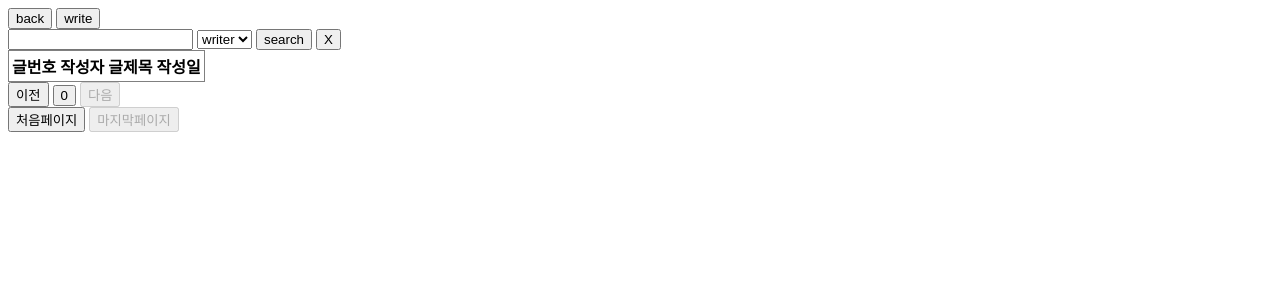
Repository: phoresis92/KITRI-spring
Page: http://localhost/springWeb/WEB-INF/views/board/list.jsp
These files come from the project's save history. The page is drawn as it stood at one moment and after the next save; the edit follows.
The browser window is 1280 px wide. The pictures show the whole page.
The page is served by Tomcat 9. Nobody is signed in. The template is opened directly, without the code that normally fills it, so the values that code supplies are empty.

Above is the page before, as saved 2019-01-28 06:01:29.

After the next save:
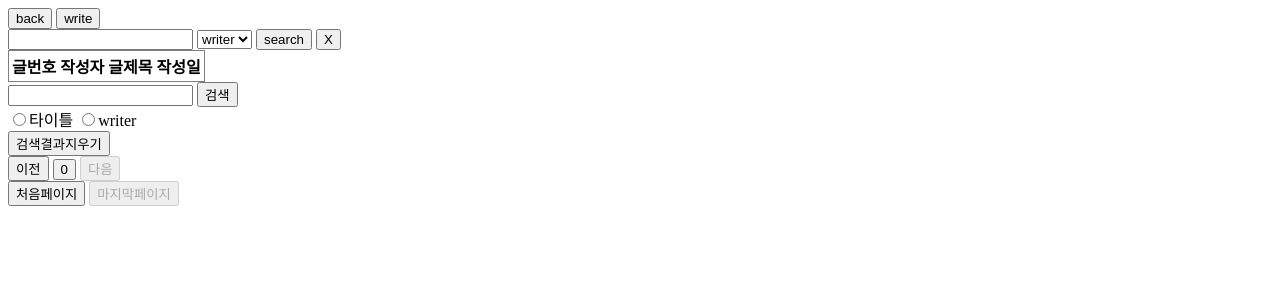
Saved 61 s later.
--- a/springWeb/src/main/webapp/WEB-INF/views/board/list.jsp
+++ b/springWeb/src/main/webapp/WEB-INF/views/board/list.jsp
@@ -85,9 +85,6 @@
     console.log("Cursor at: " + cursorX + ", " + cursorY);
 } */
 
-function close(){
-	$(this).css('display',"none");
-}
 
 $(document).ready(function(){
 
@@ -240,14 +237,14 @@
 </table>
 
 
-<!-- <input type="text" id="word">
+<input type="text" id="word">
 <input type="button" id="search" value="검색">
 <form>
 <input type="radio" name="ra" value="2">타이틀
 <input type="radio" name="ra" value="1">writer
 </form>
 <input type="button" id="clear" value="검색결과지우기">
-<div id="resultList"></div> -->
+<div id="resultList"></div>
 
 <div id="paging">
 
